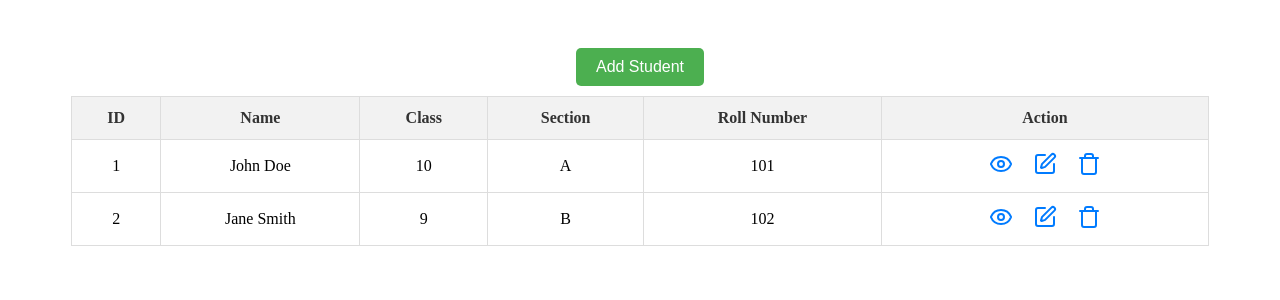
Repository: sharmisthak16/Student-Assignment
Page: /StudentTable (app in my-project/)
An editor plug-in stored every save of this project. The page is shown before and after a run of saves, followed by the edit.
The browser window is 1280 px wide. The pictures show the whole page.
The project was rebuilt for these pictures with package versions that can differ from the ones it lists, and the page was loaded fresh each time. Also part of the build but not shown: my-project/vite.config.js, my-project/src/components/firebase.js, my-project/src/components/LoginForm.css, my-project/src/components/LoginForm.jsx, my-project/src/components/Dashboard.jsx, my-project/src/components/HomeButtons.css, my-project/src/components/HomeButtons.jsx, my-project/src/Pages/Home.jsx.

Above is the page before, as saved 2025-01-30 20:29:00.

### my-project/index.html
<!doctype html>
<html lang="en">
  <head>
    <meta charset="UTF-8" />

    <meta name="viewport" content="width=device-width, initial-scale=1.0" />
    <title>Assignment</title>
  </head>
  <body>
    <div id="root"></div>
    <script type="module" src="/src/main.jsx"></script>
  </body>
</html>

### my-project/src/App.jsx
import React from 'react';
import { BrowserRouter as Router, Route, Routes } from 'react-router-dom'; // Use Routes instead of Switch
import LoginForm from './components/LoginForm';
import Dashboard from './components/Dashboard'; // Create this component for the dashboard page
import Home from './Pages/Home';
import StudentTable from './components/StudentTable';

function App() {
  return (
    <Router>
      <Routes>
      <Route path='/' element={<Home/>} />
        <Route path="/LoginForm" element={<LoginForm />} /> {/* Use element instead of component */}
        <Route path="/dashboard" element={<Dashboard />} /> {/* Use element instead of component */}
       <Route path="/StudentTable" element={<StudentTable />}  />
      </Routes>
    </Router>
  );
}

export default App;

### my-project/src/components/StudentTable.jsx
import React, { useState } from "react";
import { Eye, Edit, Trash } from "lucide-react"; // You need to install lucide-react for icons
import "./StudentTable.css";

const StudentTable = () => {
  const [students, setStudents] = useState([
    { id: 1, name: "John Doe", class: "10", section: "A", rollNumber: "101" },
    { id: 2, name: "Jane Smith", class: "9", section: "B", rollNumber: "102" },
  ]);

  const addStudent = () => {
    const newStudent = {
      id: students.length + 1,
      name: "New Student",
      class: "-",
      section: "-",
      rollNumber: "-",
    };
    setStudents([...students, newStudent]);
  };

  const deleteStudent = (id) => {
    setStudents(students.filter((student) => student.id !== id));
  };

  return (
    <div className="student-table-container">
      <button className="add-student-btn" onClick={addStudent}>
        Add Student
      </button>
      <table className="student-table">
        <thead>
          <tr>
            <th>ID</th>
            <th>Name</th>
            <th>Class</th>
            <th>Section</th>
            <th>Roll Number</th>
            <th>Action</th>
          </tr>
        </thead>
        <tbody>
          {students.map((student) => (
            <tr key={student.id}>
              <td>{student.id}</td>
              <td>{student.name}</td>
              <td>{student.class}</td>
              <td>{student.section}</td>
              <td>{student.rollNumber}</td>
              <td>
                <Eye className="action-icon" />
                <Edit className="action-icon" />
                <Trash
                  className="action-icon"
                  onClick={() => deleteStudent(student.id)}
                />
              </td>
            </tr>
          ))}
        </tbody>
      </table>
    </div>
  );
};

export default StudentTable;

### my-project/src/components/StudentTable.css
.student-table-container {
  width: 90%;
  max-width: 1200px;
  margin: 0 auto;
  padding: 20px;
  text-align: center; /* Center the button */
}

.add-student-btn {
  left: 50%;
  top:50%;
  transform: translate();
  padding: 10px 20px;
  background-color: #4CAF50;
  color: white;
  border: none;
  border-radius: 5px;
  cursor: pointer;
  margin-top: 20px; /* Added margin-top to give some space between the table and button */
  font-size: 1rem;
}

.add-student-btn:hover {
  background-color: #45a049;
}

.student-table {
  width: 100%;
  border-collapse: collapse;
  margin-top: 10px;
}

.student-table th,
.student-table td {
  padding: 12px;
  text-align: center;
  border: 1px solid #ddd;
}

.student-table th {
  background-color: #f2f2f2;
  color: #333;
}

.student-table tbody tr:hover {
  background-color: #f1f1f1;
}

.action-icon {
  margin: 0 10px;
  cursor: pointer;
  color: #007bff;
}

.action-icon:hover {
  color: #0056b3;
}

@media (max-width: 768px) {
  .student-table th,
  .student-table td {
    padding: 8px;
  }

  .student-table {
    font-size: 0.9rem;
  }

  .action-icon {
    margin: 0 5px;
  }

  .student-table-container {
    padding: 10px;
  }
}

Loaded but not shown: my-project/src/main.jsx (common file); my-project/src/index.css (common file)

After the next 4 saves:
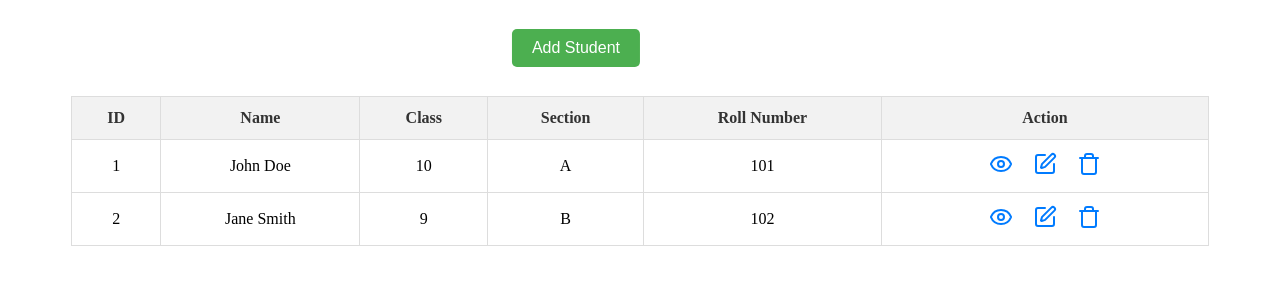
The 4 saves are shown as one change because they came seconds apart.
The last was saved 9 s later.
--- a/my-project/src/components/StudentTable.css
+++ b/my-project/src/components/StudentTable.css
@@ -9,7 +9,7 @@
 .add-student-btn {
   left: 50%;
   top:50%;
-  transform: translate();
+  transform: translate(-50%,-50%);
   padding: 10px 20px;
   background-color: #4CAF50;
   color: white;

After the save that followed:
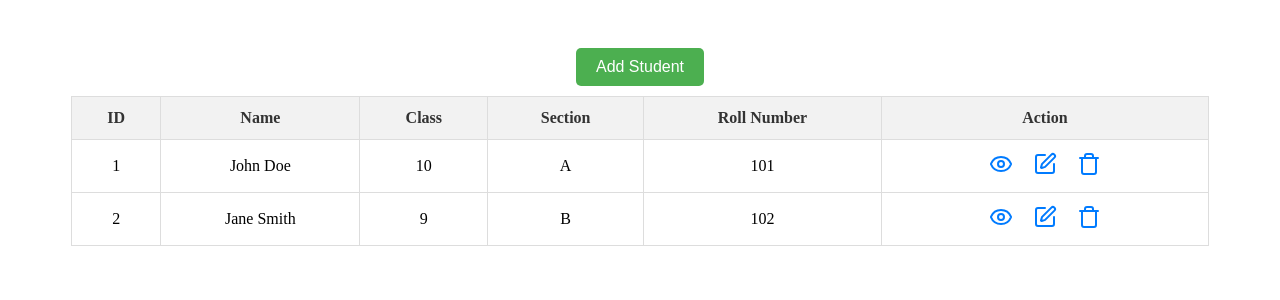
Saved 83 s later.
--- a/my-project/src/components/StudentTable.css
+++ b/my-project/src/components/StudentTable.css
@@ -1,15 +1,15 @@
 .student-table-container {
+  display: flex;
+  flex-direction: column;
+  justify-content: center;
+  align-items: center;
   width: 90%;
   max-width: 1200px;
   margin: 0 auto;
   padding: 20px;
-  text-align: center; /* Center the button */
 }
 
 .add-student-btn {
-  left: 50%;
-  top:50%;
-  transform: translate(-50%,-50%);
   padding: 10px 20px;
   background-color: #4CAF50;
   color: white;
